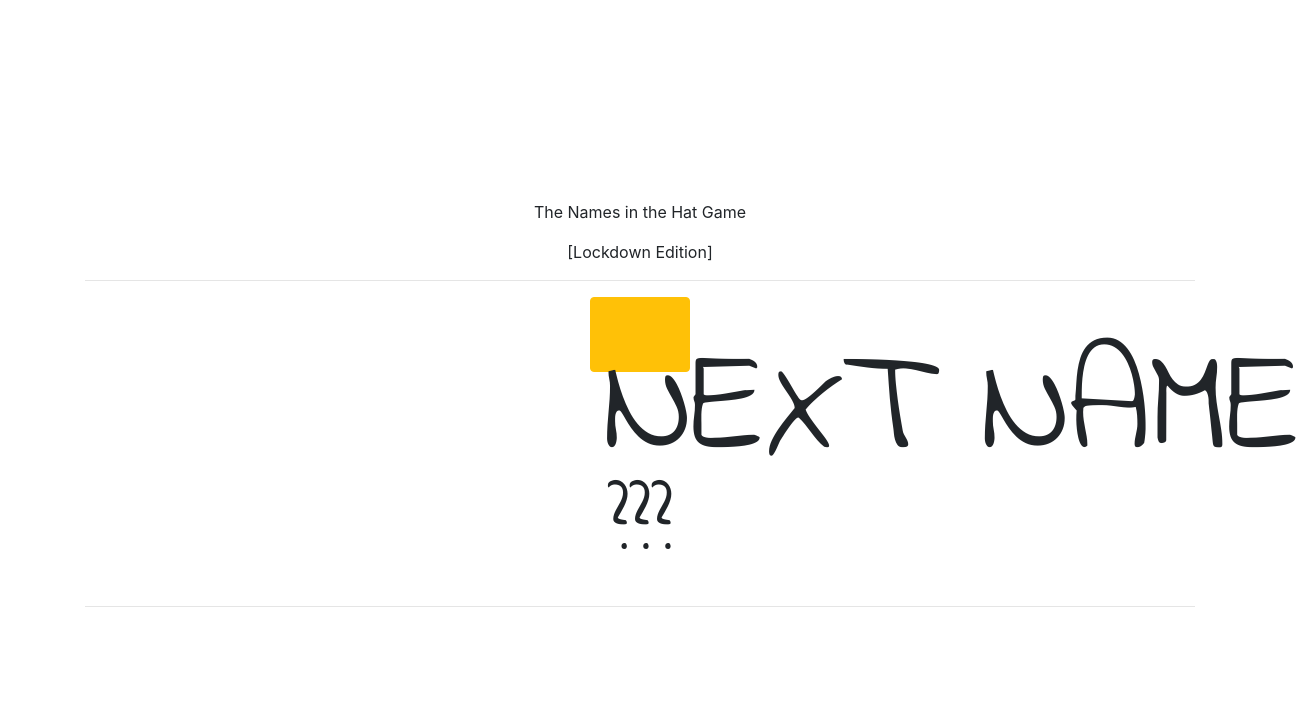
Repository: TaylorD1982/randomizer
Page: index.html
The author's editor kept a record of every edit. The page is drawn from the files as they stood at one moment, then again after the next edit.
The browser window is 1280 px wide. The page is 1302 px wide, so the pictures cover 1302 px, including what lies to the right of the window. The pictures show the whole page.
Some web fonts or font styles are not loaded; a fallback is used. Some web libraries are served in a nearby version.

Above is the page before.

After the next edit:
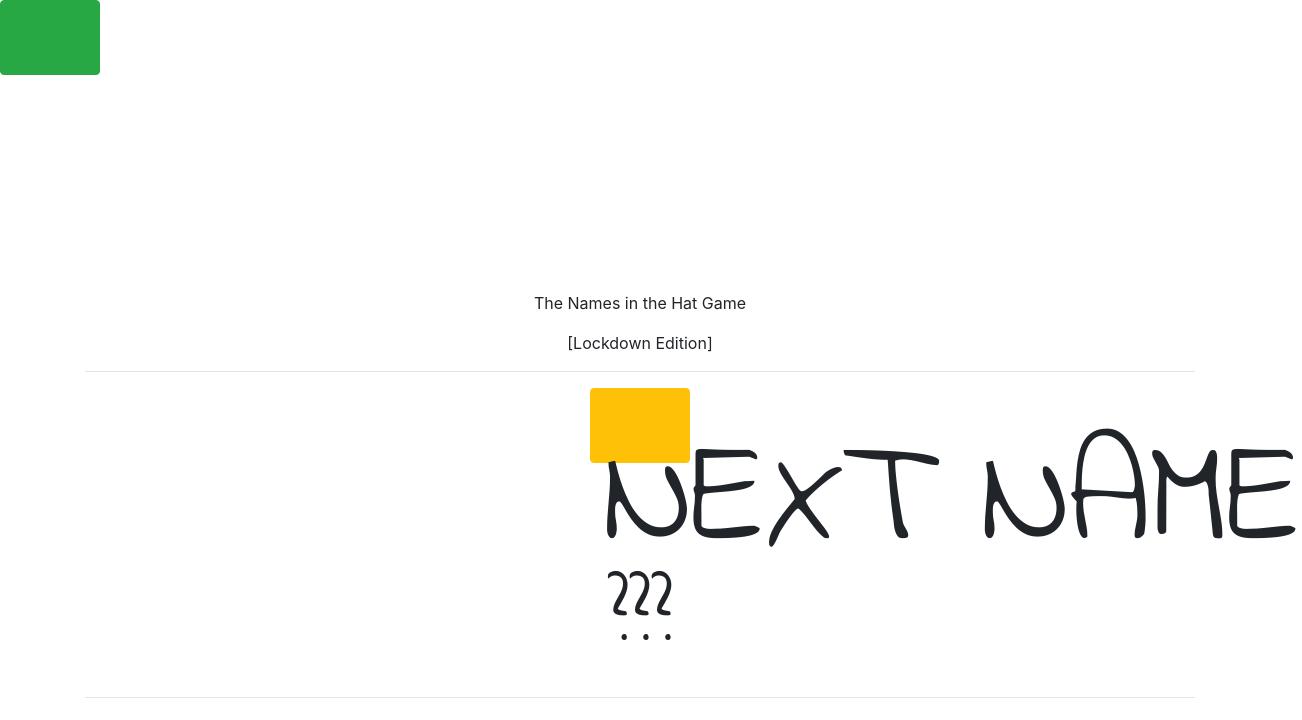
The edit:
--- a/index.html
+++ b/index.html
@@ -14,6 +14,9 @@
 </head>
 
 <body>
+    <div class="post-review">
+        <p><a href="submit.html" class="btn btn-success">+ Add Names</a></p>
+    </div>
     <div class="container">
         <div class="row app">
             <div class="col">
